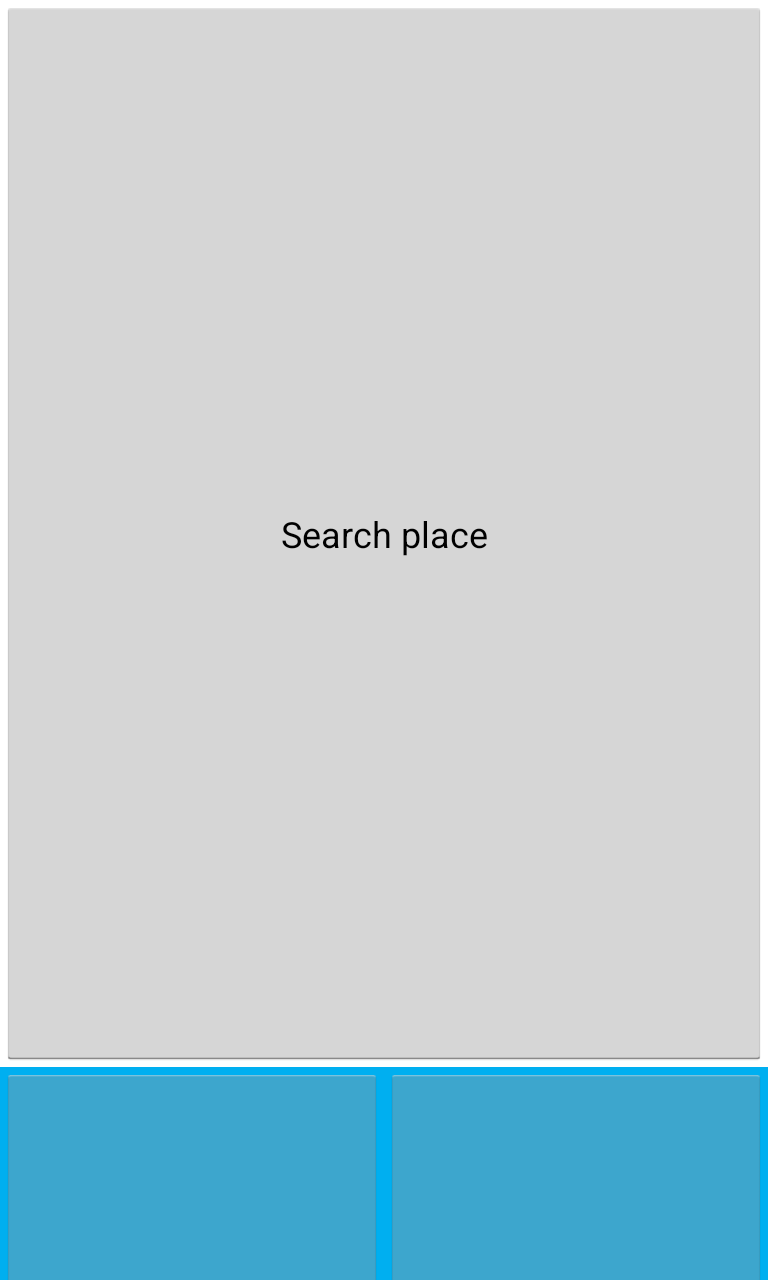
Repository: Rownak/TouristFriend
Layout: android/MainProjectTherapTest/res/layout/front_page_layout.xml
These files come from the project's save history. The layout is drawn as it stood at one moment and after the next save; the edit follows.
It is drawn on a 768 x 1280 px phone screen (xhdpi) without system bars, with theme AppTheme; the app's code is not run.

Above is the layout before, as saved 2014-12-05 16:06:48.

### android/MainProjectTherapTest/res/layout/front_page_layout.xml
<?xml version="1.0" encoding="utf-8"?>
<LinearLayout xmlns:android="http://schemas.android.com/apk/res/android"
    android:layout_width="match_parent"
    android:layout_height="match_parent"
    android:orientation="vertical"
    android:weightSum="6" >
 <LinearLayout
        android:layout_width="fill_parent"
        android:layout_height="fill_parent"
        android:layout_weight="1"
        android:orientation="horizontal"
        android:weightSum="5" >



        <LinearLayout
            android:layout_width="fill_parent"
            android:layout_height="fill_parent"
            android:layout_weight="5"
            android:orientation="horizontal"
             >

            <Button
            android:layout_width="fill_parent"
            android:layout_height="fill_parent"
            android:text="Search place" />
        </LinearLayout>
    </LinearLayout>

    <LinearLayout
        android:layout_width="fill_parent"
        android:layout_height="fill_parent"
        android:layout_weight="1"
        android:orientation="horizontal"
        android:weightSum="1"
        android:background="@color/skype_blue">

        <LinearLayout
            android:layout_width="fill_parent"
            android:layout_height="fill_parent"
            android:layout_weight=".5"
            android:weightSum=".5"
            android:orientation="horizontal"



            >

            <Button
                android:id="@+id/signInButtonFront"
                android:layout_width="fill_parent"
                android:layout_height="fill_parent"
                android:text="Sign in" />

        </LinearLayout>

        <LinearLayout
            android:layout_width="fill_parent"
            android:layout_height="fill_parent"
            android:layout_weight=".5"
            android:weightSum=".5"
            android:orientation="horizontal"
             >

            <Button
            android:id="@+id/signUpButtonFront"
            android:layout_width="fill_parent"
            android:layout_height="fill_parent"
            android:text="Sign Up" />
        </LinearLayout>


    </LinearLayout>


</LinearLayout>

### android/MainProjectTherapTest/res/values/color2.xml
<?xml version="1.0" encoding="utf-8"?>
<resources>
    <color name ="skype_blue">#00AFF0</color>
    <color name ="skype_text_hint">#00AFC0</color>
    <color name ="skype_button">#0095CC</color>
    <color name ="kmngreen">#5B9C64</color>
    <color name="white">#FFFFFF</color>
    <color name="grey">#7A7A7A</color>
    <color name="background">#0044AA</color>
    <color name="bluelight">#449DEF</color>
    <color name="bluedark">#2F6699</color>
    <color name="greenlight">#70C656</color>
    <color name="greendark">#53933F</color>
    <color name="orangelight">#F3AE1B</color>
    <color name="orangedark">#BB6008</color>
    <color name="black">#000000</color>
    <color name="red">#f00</color>
    <color name="transculent_red">#80ff0000</color>
    <color name="firoja">#63b6ab</color>
    <color name="yellow">#f0ff00</color>
    <color name="merun">#440700</color>
    <color name="violet">#8256a4</color>
    <color name="violetlight">#d6b6e6</color>
    <color name="paste">#1eb486</color>
    <color name="purple">#bc1dd8</color>
    <color name="pastelmagenta">#F49AC2</color>
    <color name="pink">#ff007f</color>
    <color name="flamingopink">#FC8EAC</color>
    <color name="cherryblossompink">#ffb7c6</color>
    <color name="darkpink">#E75480</color>
    <color name = "byzantinepink">#BD33A4</color>
    <color name = "glowypink">#FF66FF</color>
    <color name = "glowypink2">#FF3399</color>
    <color name = "bottlegreen">#324F17</color>

    <color name="list_item_title">#fff</color>
    <color name="list_background">#303030</color>
    <color name="list_background_pressed">#992416</color>
    <color name="list_divider">#272727</color>
    <color name="counter_text_bg">#626262</color>
    <color name="counter_text_color">#c5c4c4</color>
</resources>

Loaded but not shown: android/MainProjectTherapTest/res/values/styles.xml (common file); android/MainProjectTherapTest/res/values-v11/styles.xml (common file); android/MainProjectTherapTest/res/values-v14/styles.xml (common file)

After the next save:
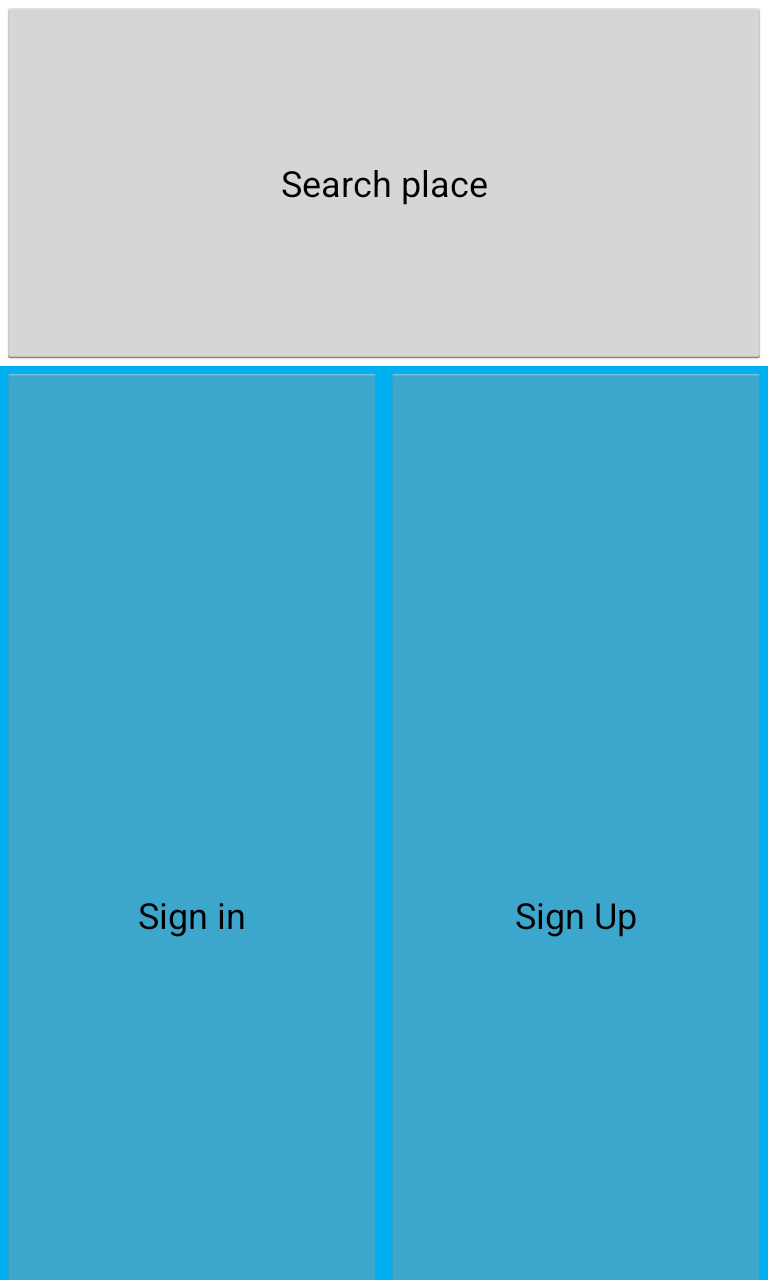
Saved 74 s later.
--- a/android/MainProjectTherapTest/res/layout/front_page_layout.xml
+++ b/android/MainProjectTherapTest/res/layout/front_page_layout.xml
@@ -3,20 +3,20 @@
     android:layout_width="match_parent"
     android:layout_height="match_parent"
     android:orientation="vertical"
-    android:weightSum="6" >
+    android:weightSum="7" >
  <LinearLayout
         android:layout_width="fill_parent"
         android:layout_height="fill_parent"
-        android:layout_weight="1"
+        android:layout_weight="5"
         android:orientation="horizontal"
-        android:weightSum="5" >
+        android:weightSum="1" >
 
 
 
         <LinearLayout
             android:layout_width="fill_parent"
             android:layout_height="fill_parent"
-            android:layout_weight="5"
+            android:layout_weight="1"
             android:orientation="horizontal"
              >
 
